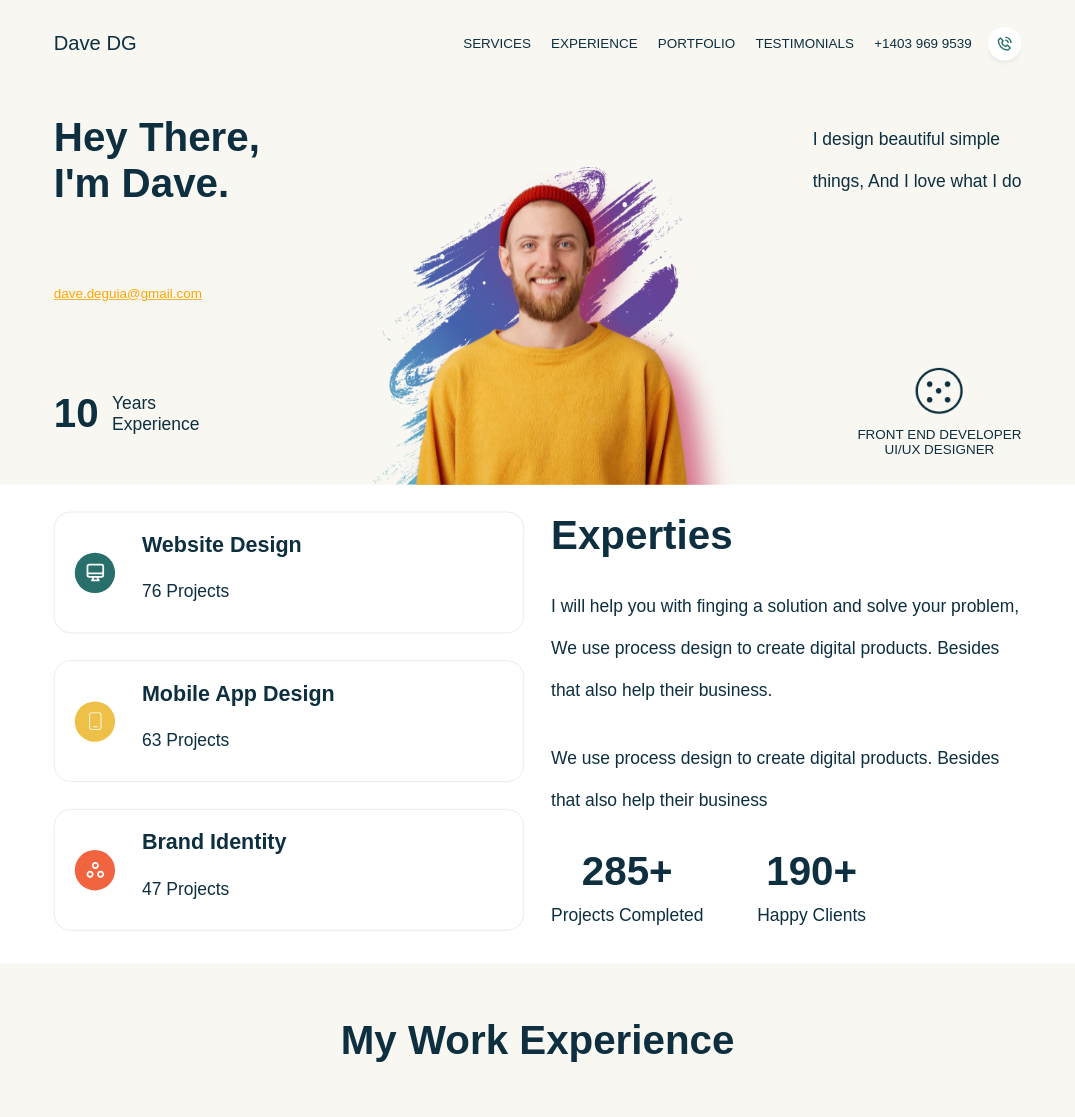
Repository: davedeguia/framer-motion-portfolio
Page: /
These files come from the project's save history. The page is drawn as it stood at one moment and after the next save; the edit follows.
The browser window is 1280 px wide. The pictures show the whole page, at 84% of full size.
Some web fonts or font styles are not loaded; a fallback is used. The project was rebuilt for these pictures with package versions that can differ from the ones it lists, and the page was loaded fresh each time. Also part of the build but not shown: vite.config.js, src/components/Works/Works.module.scss.

Above is the page before, as saved 2023-02-10 17:23:04.

After the next save:
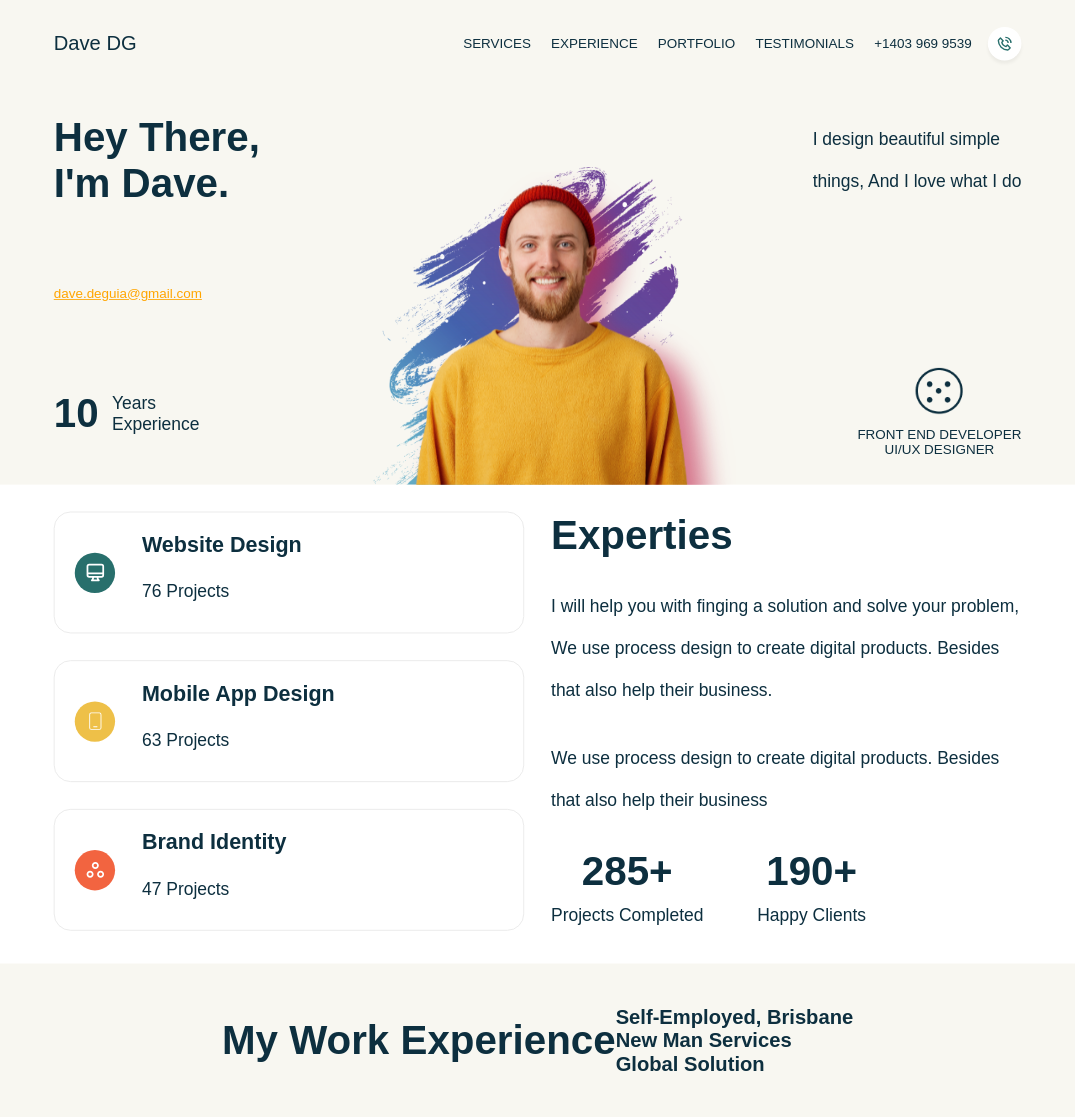
Saved 27 s later.
--- a/src/components/Works/Works.jsx
+++ b/src/components/Works/Works.jsx
@@ -19,7 +19,9 @@ const Works = () => {
           {workExp.map((exp, i) => {
             return (
               <div className={css.exp} key={i}>
-                <div className={css.post}></div>
+                <div className={css.post}>
+                  <h1>{exp.place}</h1>
+                </div>
                 <div className={css.role}></div>
               </div>
             )
